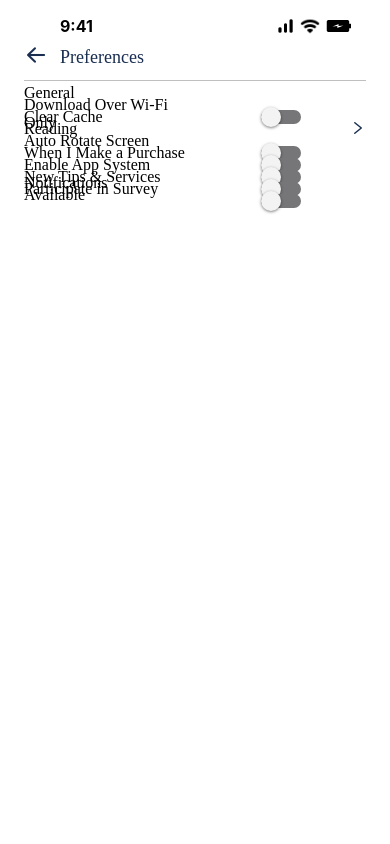
Repository: tnmod/Erabook
Screen: / (app in app/)
The author's editor kept a copy of each file at every save. The screen is drawn from the files as they stood at one save, then again after the next save.
The app was drawn by React Native's web renderer in a window 390 px wide. The project was rebuilt for these pictures with package versions that can differ from the ones it lists, and the page was loaded fresh each time. Imported but missing from the stored project, and not drawn on this page: app/src/redux/features/CounterAPI.

Above is the screen before, as saved 2023-05-25 19:12:29.

### app/App.tsx


import React, { useState, Dispatch } from 'react';
import type { PropsWithChildren } from 'react';
import {
  Image,
  SafeAreaView,
  ScrollView,
  StatusBar,
  StyleSheet,
  Text,
  useColorScheme,
  View,
} from 'react-native';

import {
  Colors,
  DebugInstructions,
  Header,
  LearnMoreLinks,
  ReloadInstructions,
} from 'react-native/Libraries/NewAppScreen';
import MainNagivator from './src/Navigator/MainNavigator';
import { NavigationContainer } from '@react-navigation/native';
import { store } from './src/redux/app/store';
import { Provider } from 'react-redux';
import EbookItem from './src/components/Item/EbookItem';
import DetailScreen from './src/screens/detailScreen/DetailScreen';
import Notification from './src/screens/Notification/Notification';
import Preferences from './src/screens/Preferences/Preferences';





type SectionProps = PropsWithChildren<{
  title: string;
}>;
type Model = {
  name: String;
  age: Number;
}


const StatusBarIOS = () => {
  return (
    <View style={{ width: "100%", height: 42, paddingTop: 10, justifyContent: 'space-between', flexDirection: 'row', backgroundColor: 'white' }}>
      <View style={{ height: "100%", flex: 1, marginHorizontal: 20, justifyContent: 'center', alignItems: 'center', flexDirection: 'row' }}>
        <Text style={{ fontWeight: 'bold', fontSize: 16, color: 'black' }}>9:41</Text>
      </View>
      <View style={{ flex: 3 / 4 }}></View>
      <View style={{ height: "100%", flex: 1, marginHorizontal: 20, justifyContent: 'center', alignItems: 'center', flexDirection: 'row' }}>
        <Image style={{ width: 19, height: 16, margin: 2, resizeMode: 'stretch' }} source={require('./src/assets/statusbar-signal.png')} />
        <Image style={{ width: 22, height: 22, margin: 2 }} source={require('./src/assets/statusbar-wifi.png')} />
        <Image style={{ width: 27, height: 24, margin: 2, resizeMode: 'stretch' }} source={require('./src/assets/statusbar-battery.png')} />
      </View>
    </View>
  )
}


const App: React.FC<Model> = () => {

  return (
    <Provider store={store} >
      <NavigationContainer>
        <SafeAreaView style={{ flex: 1 }}>
          <StatusBarIOS />
          <StatusBar hidden={true} />
          {/* <MainNagivator /> */}
          {/* <EbookItem /> */}
          <Preferences/>
        </SafeAreaView>
      </NavigationContainer>
    </Provider>
  );
}

const styles = StyleSheet.create({
  sectionContainer: {
    marginTop: 32,
    paddingHorizontal: 24,
  },
  sectionTitle: {
    fontSize: 24,
    fontWeight: '600',
  },
  sectionDescription: {
    marginTop: 8,
    fontSize: 18,
    fontWeight: '400',
  },
  highlight: {
    fontWeight: '700',
  },
});

export default App;

### app/src/redux/app/store.js
import { configureStore } from "@reduxjs/toolkit";
import CounterReducer from "../features/CounterSilce";


export const store = configureStore({
    reducer:{
        counter: CounterReducer,
    }
})

### app/src/screens/Preferences/Preferences.tsx
import { StyleSheet, Text, View, Image, ScrollView, TouchableOpacity } from 'react-native'
import React, { useState } from 'react'
import { SafeAreaView } from 'react-native-safe-area-context'
import { Popins } from '../../components/popins'
import Icon from 'react-native-vector-icons/AntDesign'
import { Switch } from '@rneui/themed';

const Notification: React.FC = () => {
    const [isEnabled, setIsEnabled] = useState(false);
    const toggleSwitch = () => setIsEnabled(previousState => !previousState);

    return (
        <ScrollView style={{ backgroundColor: 'white', flex: 1 }}>
            <View style={[styles.container]}>
                <TouchableOpacity style={{ flexDirection: 'row', alignItems: 'center', }}>
                    <Icon size={24} name='arrowleft' color={'#192e51'} />
                    <Text style={[styles.text500, { marginLeft: 12, fontSize: 18 }]}>Preferences</Text>
                </TouchableOpacity>
                <View style={{ width: "100%", height: 0.5, backgroundColor: 'grey', opacity: 0.5, marginVertical: 12 }}></View>
                <View style={[{ marginTop: 12 }]}>
                    <View style={[styles.container1]}>
                        <Text style={[styles.text3]}>General</Text>
                    </View>
                    <TouchableOpacity style={[styles.container1]}>
                        <Text style={[styles.text3]}>Download Over Wi-Fi Only</Text>
                        <View style={styles.container3}>
                            <Switch
                                trackColor={{ false: '#767577', true: '#81b0ff' }}
                                thumbColor={isEnabled ? '#f5dd4b' : '#f4f3f4'}
                                ios_backgroundColor="#3e3e3e"
                                onValueChange={toggleSwitch}
                                value={isEnabled}
                            />
                        </View>
                    </TouchableOpacity>
                    <TouchableOpacity style={[styles.container1]}>
                        <Text style={[styles.text3]}>Clear Cache</Text>
                        <Icon size={16} name='right' color={'#192e51'} />
                    </TouchableOpacity>
                    <TouchableOpacity style={[styles.container1]}>
                        <Text style={[styles.text3]}>Reading</Text>
                    </TouchableOpacity>
                    <TouchableOpacity style={[styles.container1]}>
                        <Text style={[styles.text3]}>Auto Rotate Screen</Text>
                        <View style={styles.container3}>
                            <Switch
                                trackColor={{ false: '#767577', true: '#81b0ff' }}
                                thumbColor={isEnabled ? '#f5dd4b' : '#f4f3f4'}
                                ios_backgroundColor="#3e3e3e"
                                onValueChange={toggleSwitch}
                                value={isEnabled}
                            />
                        </View>
                    </TouchableOpacity>
                    <TouchableOpacity style={[styles.container1]}>
                        <Text style={[styles.text3]}>When I Make a Purchase</Text>
                        <View style={styles.container3}>
                            <Switch
                                trackColor={{ false: '#767577', true: '#81b0ff' }}
                                thumbColor={isEnabled ? '#f5dd4b' : '#f4f3f4'}
                                ios_backgroundColor="#3e3e3e"
                                onValueChange={toggleSwitch}
                                value={isEnabled}
                            />
                        </View>
                    </TouchableOpacity>
                    <TouchableOpacity style={[styles.container1]}>
                        <Text style={[styles.text3]}>Enable App System Notifications</Text>
                        <View style={styles.container3}>
                            <Switch
                                trackColor={{ false: '#767577', true: '#81b0ff' }}
                                thumbColor={isEnabled ? '#f5dd4b' : '#f4f3f4'}
                                ios_backgroundColor="#3e3e3e"
                                onValueChange={toggleSwitch}
                                value={isEnabled}
                            />
                        </View>
                    </TouchableOpacity>
                    <TouchableOpacity style={[styles.container1]}>
                        <Text style={[styles.text3]}>New Tips & Services Available</Text>
                        <View style={styles.container3}>
                            <Switch
                                trackColor={{ false: '#767577', true: '#81b0ff' }}
                                thumbColor={isEnabled ? '#f5dd4b' : '#f4f3f4'}
                                ios_backgroundColor="#3e3e3e"
                                onValueChange={toggleSwitch}
                                value={isEnabled}
                            />
                        </View>
                    </TouchableOpacity>
                    <TouchableOpacity style={[styles.container1]}>
                        <Text style={[styles.text3]}>Participate in Survey</Text>
                        <View style={styles.container3}>
                            <Switch
                                trackColor={{ false: '#767577', true: '#81b0ff' }}
                                thumbColor={isEnabled ? '#f5dd4b' : '#f4f3f4'}
                                ios_backgroundColor="#3e3e3e"
                                onValueChange={toggleSwitch}
                                value={isEnabled}
                            />
                        </View>
                    </TouchableOpacity>
                </View>
            </View>
        </ScrollView>
    )
}



export default Notification

const styles = StyleSheet.create({

    container: {
        flex: 1,
        paddingHorizontal: 24,
        backgroundColor: 'white',
    },
    container1: {
        flex: 0,
        flexDirection: 'row',
        alignItems: 'center',
        marginBottom: 12,
    },
    container3: {
        flex: 1,
        alignItems: 'center',
        justifyContent: 'center',
    },

    text1: {
        fontSize: 20,
        fontWeight: '700',
        color: 'black',
        justifyContent: 'space-between',
    },
    text3: {
        flex: 1,
        fontSize: 16,
        fontFamily: Popins[400],
        color: 'black',
        justifyContent: 'space-between',
        height: 42,
        textAlignVertical: 'center'
    },
    img: {
        width: 24,
        height: 24
    },


    color: {
        color: '#192e51',
    },
    textCenter: {
        textAlign: 'center',
        textAlignVertical: 'center'
    },
    text400: {
        color: '#192e51',
        fontFamily: Popins[400],
        top: 1.8,
    },
    text500: {
        color: '#192e51',
        fontFamily: Popins[500],
        top: 2,
    },
    text700: {
        color: '#192e51',
        fontFamily: Popins[700],
        top: 2.1,
    },
    center: {
        alignItems: 'center'
    },

})

### app/src/redux/features/CounterSilce.js
import { createAsyncThunk, createSlice } from '@reduxjs/toolkit';
import { fetchCount } from './CounterAPI';

const initialState = {
    value: 0,
    status: 'idle',
};

export const incrementAsync = createAsyncThunk(
    'counter/fetchCount',
    async amount => {
        const response = await fetchCount(amount);
        return response.data;
    },
);

export const counterSlice = createSlice({
    name: 'counter',
    initialState,
    reducers: {
        increment: state => {
            state.value += 1;
        },
        decrement: state => {
            state.value -= 1;
        },
        incrementByAmount: (state, action) => {
            state.value += action.payload;
        },
    },
    extraReducers: builder => {
        builder
            .addCase(incrementAsync.pending, state => {
                state.status = 'loading';
            })
            .addCase(incrementAsync.fulfilled, (state, action) => {
                state.status = 'idle';
                state.value += action.payload;
            });
    },
});

export const { increment, decrement, incrementByAmount } = counterSlice.actions;

export const selectCount = state => state.counter.value;

export const incrementIfOdd = amount => (dispatch, getState) => {
    const currentValue = selectCount(getState());
    if (currentValue % 2 === 1) {
        dispatch(incrementByAmount(amount));
    }
};

export default counterSlice.reducer;

### app/src/components/popins.js

const Popins = {
    '400': 'Poppins-Regular',
    '500': 'Poppins-Medium',
    '600': 'Poppins-SemiBold',
    '700': 'Poppins-Bold',
    '800': 'Poppins-ExtraBold',
    '900': 'Poppins-Black',
}

export { Popins }

After the next save:
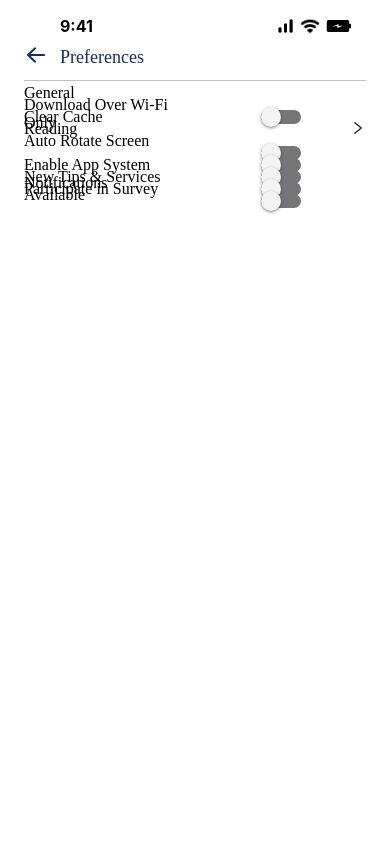
Saved 44 s later.
--- a/app/src/screens/Preferences/Preferences.tsx
+++ b/app/src/screens/Preferences/Preferences.tsx
@@ -53,7 +53,7 @@ const Notification: React.FC = () => {
                         </View>
                     </TouchableOpacity>
                     <TouchableOpacity style={[styles.container1]}>
-                        <Text style={[styles.text3]}>When I Make a Purchase</Text>
+                        <Text style={[styles.text3]}></Text>
                         <View style={styles.container3}>
                             <Switch
                                 trackColor={{ false: '#767577', true: '#81b0ff' }}
